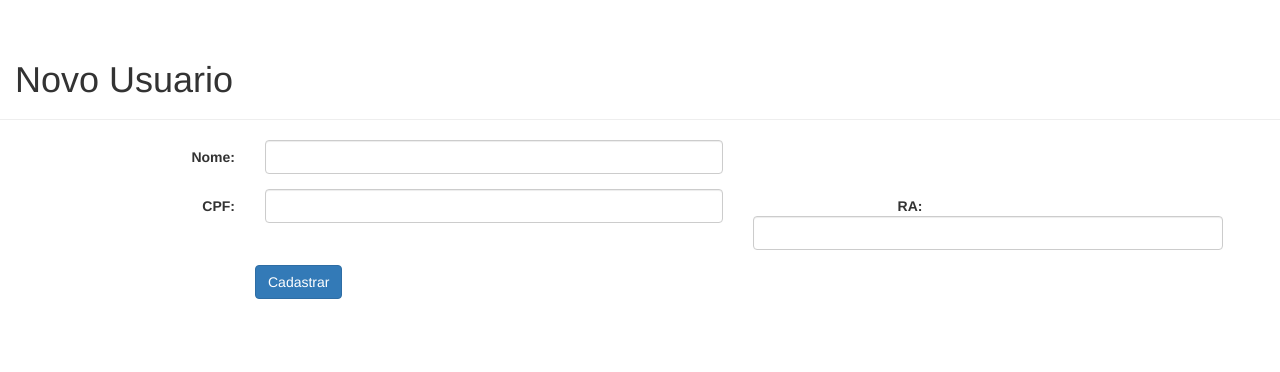
Repository: stefanyco/biblioteca
Page: http://localhost/Biblioteca/usuarioAdicionar.jsp
The author's editor kept a copy of each file at every save. The page is drawn from the files as they stood at one save, then again after the next save.
The browser window is 1280 px wide. The pictures show the whole page.
The page is served by Tomcat 9.

Above is the page before, as saved 2016-11-06 22:08:24.

After the next save:
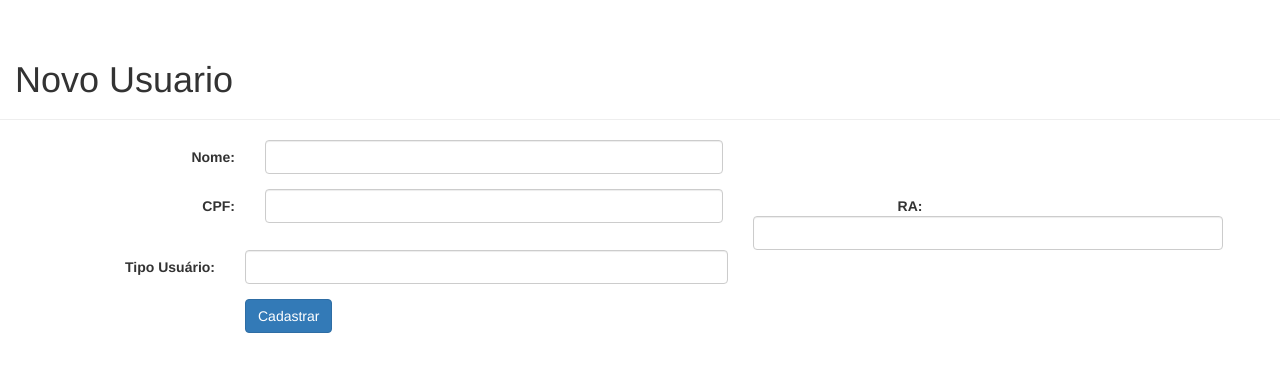
Saved 66 s later.
--- a/Sistema Biblioteca/Biblioteca/WebContent/usuarioAdicionar.jsp
+++ b/Sistema Biblioteca/Biblioteca/WebContent/usuarioAdicionar.jsp
@@ -32,6 +32,11 @@
 						<div class="col-xs-5">
 							<input type="text" class="form-control" name="ra" required maxlength="50">
 					</div>
+					<div class="form-group">
+						<label for="tipo_usuario" class="col-xs-2 control-label">Tipo Usuário:</label>
+						<div class="col-xs-5">
+							<input type="text" class="form-control" name="ra" required maxlength="50">
+					</div>
 					</div>
 					<div class="form-group">
 						<div class="col-xs-offset-2 col-xs-10">
